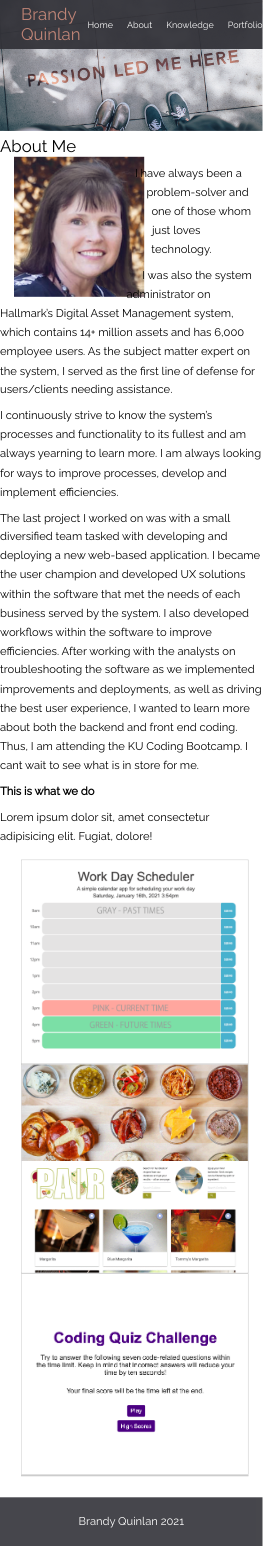
Repository: brandyquinlan/brandyquinlan
Page: index.html
An editor plug-in stored every save of this project. The page is shown before and after the next save, followed by the edit.
The browser window is 375 px wide. The pictures show the whole page, at 70% of full size.
Some web libraries are served in a nearby version.

Above is the page before, as saved 2021-02-05 21:18:06.

After the next save:
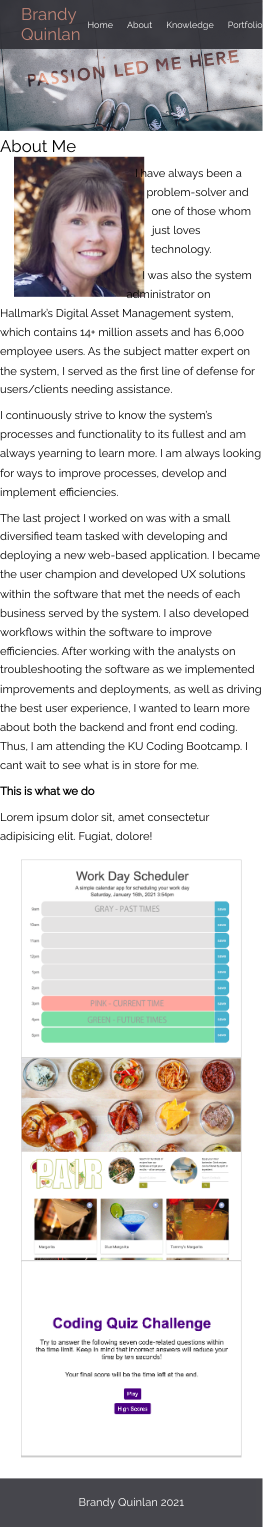
Saved 6 s later.
--- a/css/style.css
+++ b/css/style.css
@@ -295,7 +295,7 @@
                 display: flex;
                 display: block;
                 /* margin: auto; */
-                padding: 10px 20px 20px 30px;
+                padding: 10px 30px 20px 30px;
                 /* flex-direction: column; */
                 /* justify-content: space-around; */
                 /* align-items: center; */
